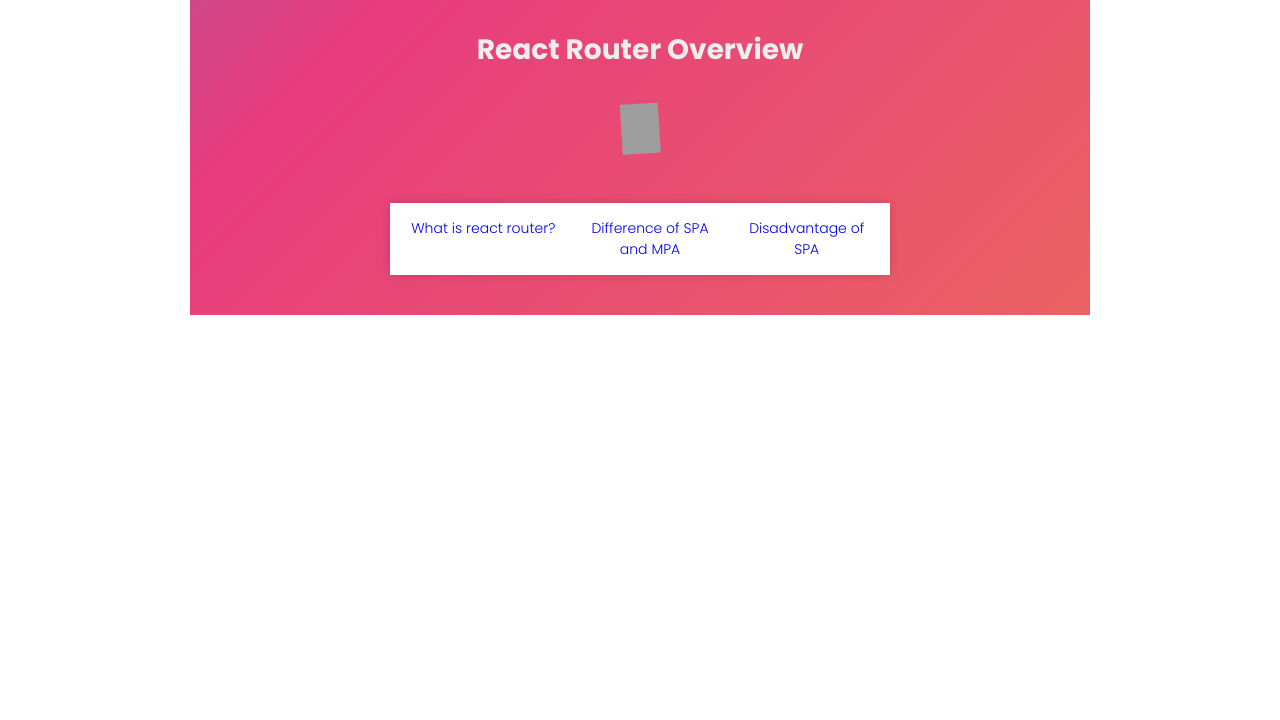
Repository: nguy3nds/2021-18-9-react
Page: /
These files come from the project's save history. The page is drawn as it stood at one moment and after the next save; the edit follows.
The browser window is 1280 px wide. The pictures show the whole page.
Pictures or frames that could not be fetched are drawn as grey boxes. The project was rebuilt for these pictures with package versions that can differ from the ones it lists, and the page was loaded fresh each time. Also part of the build but not shown: src/components/What.js, src/components/Why.js, src/components/How.js.

Above is the page before, as saved 2021-09-19 21:27:46.

After the next save:
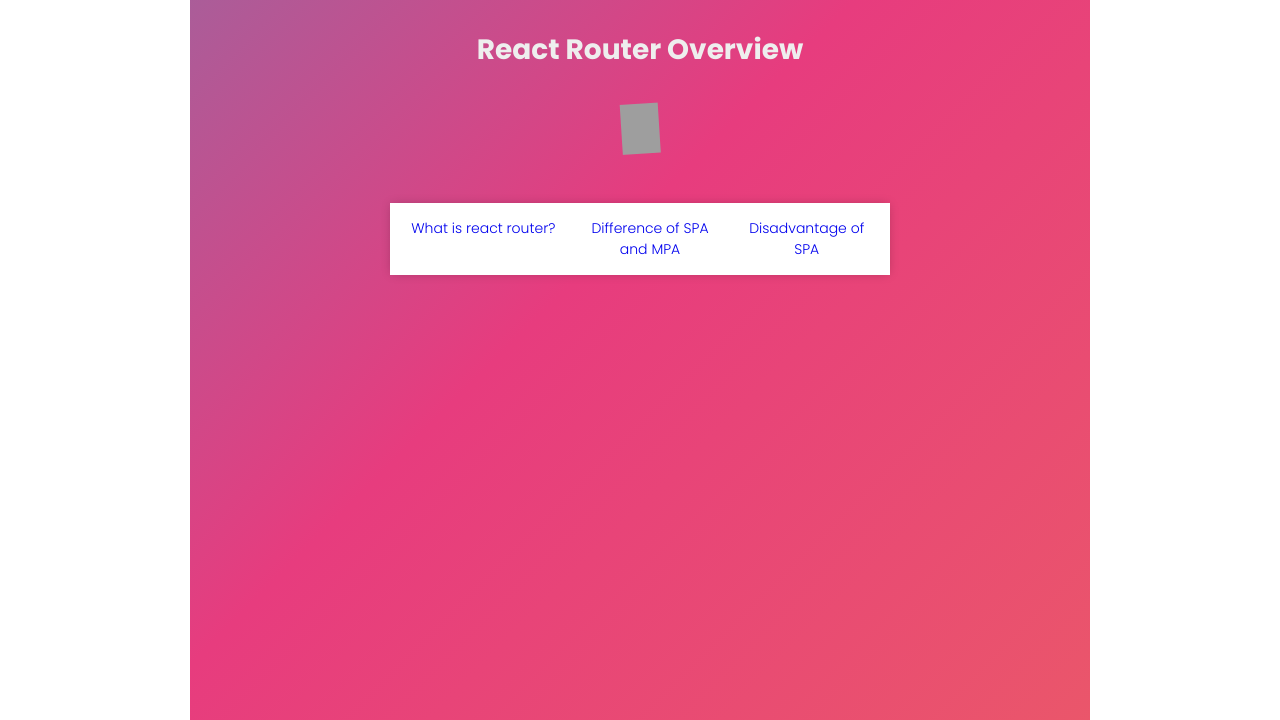
Saved 5 s later.
--- a/src/App.js
+++ b/src/App.js
@@ -69,7 +69,7 @@ const DivContainer = styled.div`
   margin: 0 auto;
   padding: 10px;
   text-align: center;
-  min-heigt: 100vh;
+  min-height: 100vh;
   color: #eee;
   background: linear-gradient(-45deg, #ee7752, #e73c7e, #23a6d5, #23d5ab);
   background-size: 400% 400%;
